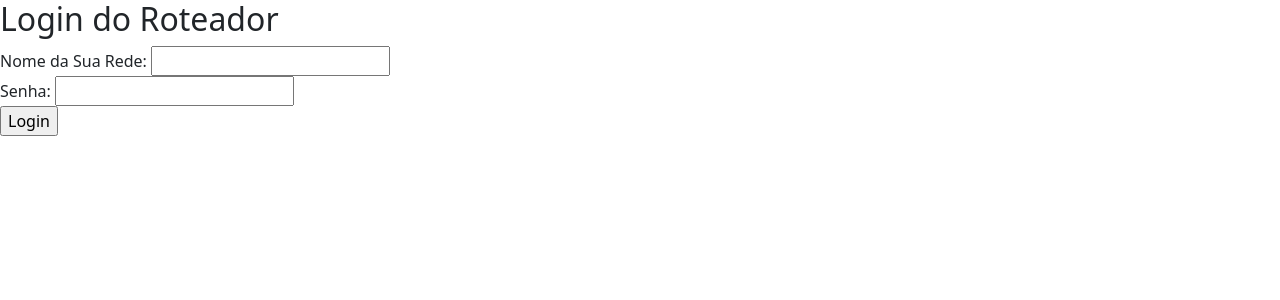
Repository: alfredo-allan/wifi-acesso-seguro.com
Page: index.html
An editor plug-in stored every save of this project. The page is shown before and after a run of saves, followed by the edit.
The browser window is 1280 px wide. The pictures show the whole page.

Above is the page before, as saved 2024-07-27 18:31:14.
Not found: script.js

### index.html
<!DOCTYPE html>
<html lang="pt-BR">
  <head>
    <meta charset="UTF-8" />
    <meta name="viewport" content="width=device-width, initial-scale=1.0" />
    <link
      href="https://cdn.jsdelivr.net/npm/bootstrap@5.3.3/dist/css/bootstrap.min.css"
      rel="stylesheet"
      integrity="sha384-QWTKZyjpPEjISv5WaRU9OFeRpok6YctnYmDr5pNlyT2bRjXh0JMhjY6hW+ALEwIH"
      crossorigin="anonymous"
    />
    <link rel="icon" type="image/x-icon" href="favicon.ico" />
    <link rel="stylesheet" href="./style.css" />
    <title>Acesso Seguro</title>
  </head>
  <body>
    <h2>Login do Roteador</h2>
    <form>
      <label for="ssid">Nome da Sua Rede:</label>
      <input type="text" id="ssid" name="ssid" required /><br />
      <label for="password">Senha:</label>
      <input type="password" id="password" name="password" required /><br />
      <input type="submit" value="Login" />
    </form>
    <script
      src="https://cdn.jsdelivr.net/npm/bootstrap@5.3.3/dist/js/bootstrap.bundle.min.js"
      integrity="sha384-YvpcrYf0tY3lHB60NNkmXc5s9fDVZLESaAA55NDzOxhy9GkcIdslK1eN7N6jIeHz"
      crossorigin="anonymous"
    ></script>
    <script src="script.js"></script>
  </body>
</html>

Loaded but not shown: style.css (no copy from this time; the picture is the same without it)

After the next 5 saves:
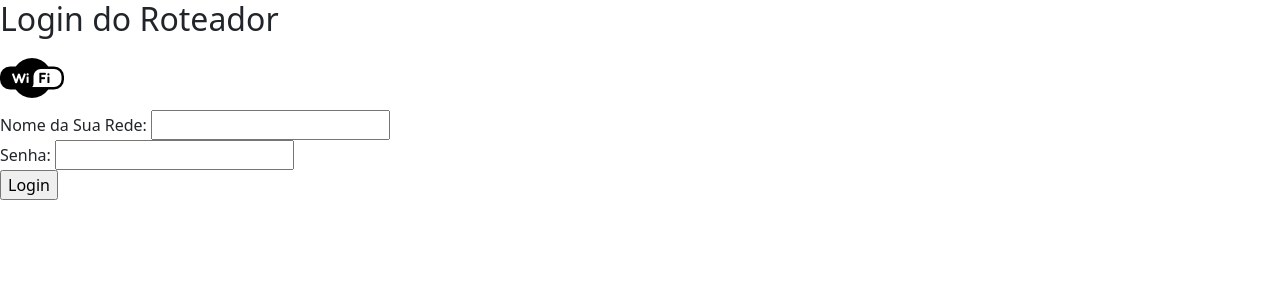
The 5 saves are shown as one change because they came seconds apart.
The last was saved 62 s later.
--- a/index.html
+++ b/index.html
@@ -15,6 +15,7 @@
   </head>
   <body>
     <h2>Login do Roteador</h2>
+    <img src="./img/sinal-wifi.png" alt="" />
     <form>
       <label for="ssid">Nome da Sua Rede:</label>
       <input type="text" id="ssid" name="ssid" required /><br />
